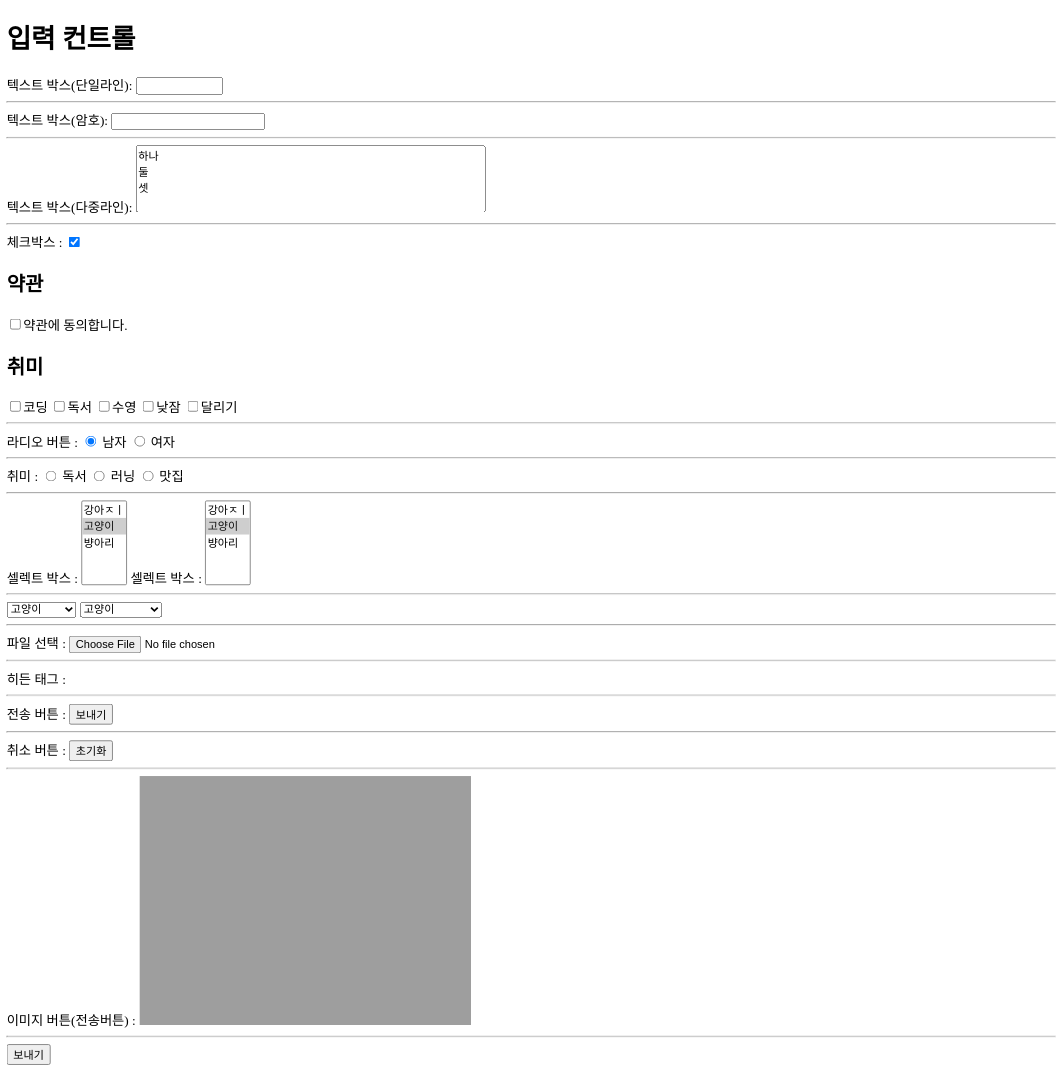
Repository: dnjs0/HCJ
Page: ClientTest/src/main/webapp/ex19_form.html
These files come from the project's save history. The page is drawn as it stood at one moment and after the next save; the edit follows.
The browser window is 1280 px wide. The pictures show the whole page, at 83% of full size.
Pictures or frames that could not be fetched are drawn as grey boxes.

Above is the page before, as saved 2025-02-12 05:14:58.

After the next save:
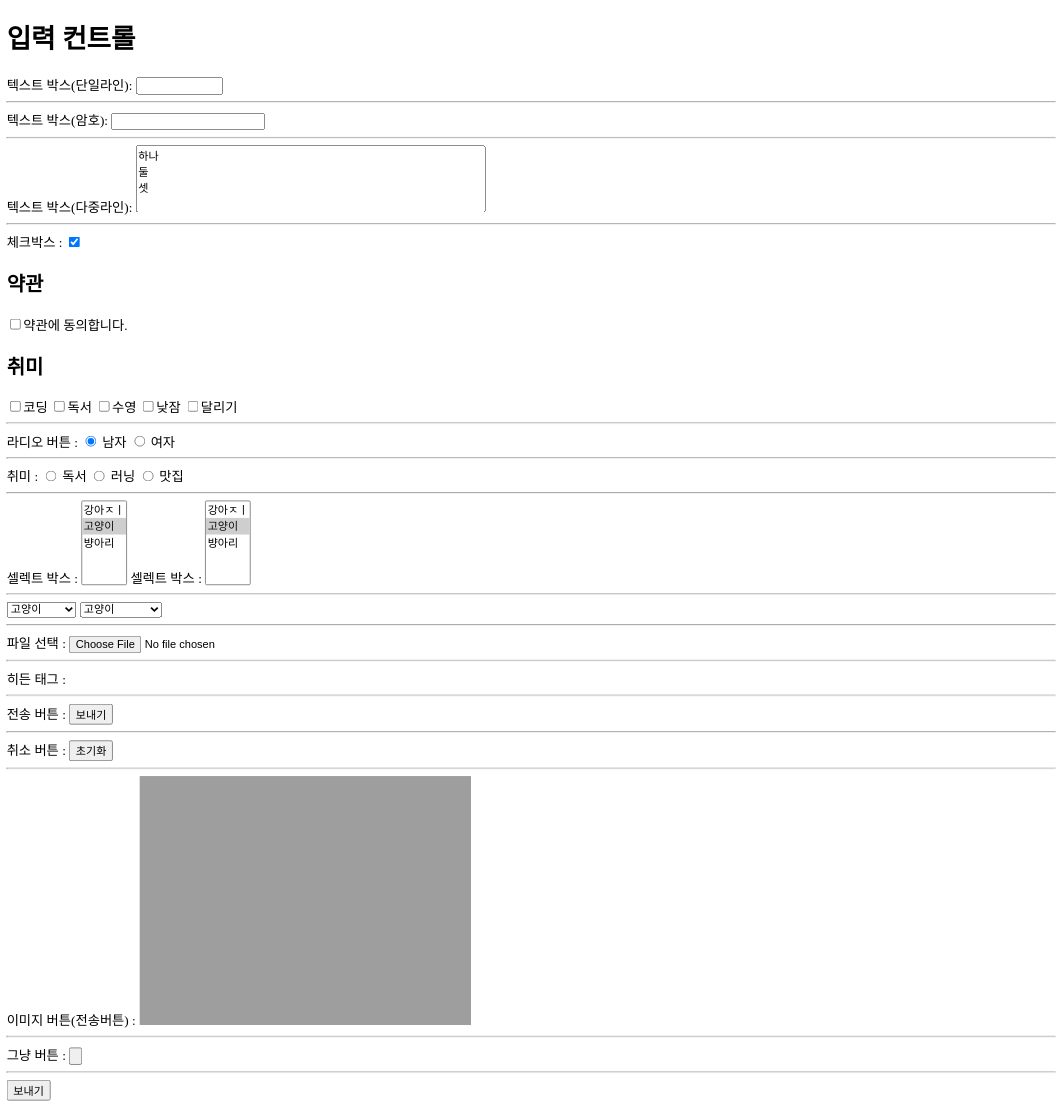
Saved 71 s later.
--- a/ClientTest/src/main/webapp/ex19_form.html
+++ b/ClientTest/src/main/webapp/ex19_form.html
@@ -196,6 +196,8 @@
          <hr>
          이미지 버튼(전송버튼) : <input type = "image" src="images/cat05.jpg">
          <hr>
+         그냥 버튼 : <input type= "button">
+         <hr>
          <input type="submit" value="보내기">
     </form>
 </body>
